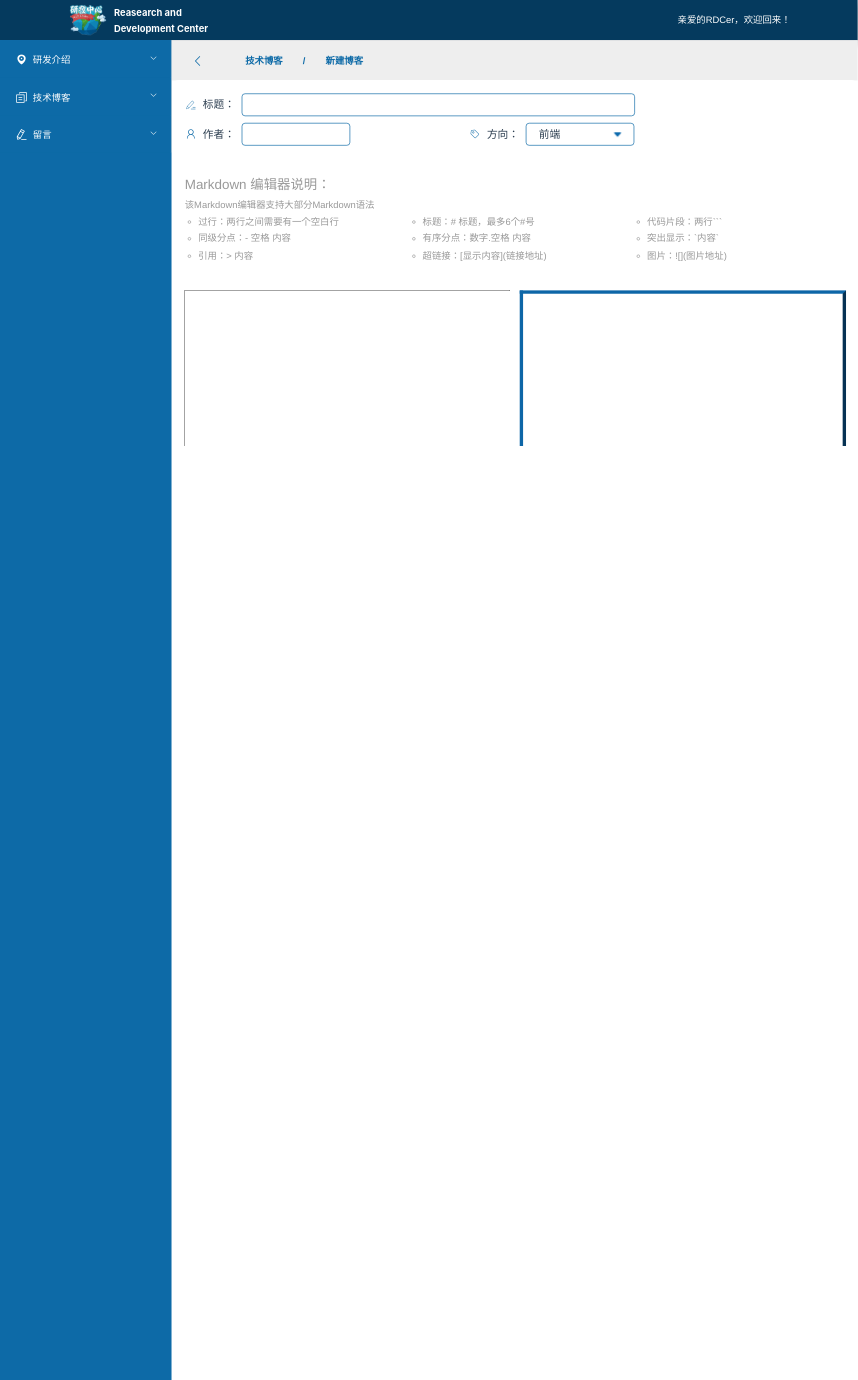
Repository: roger-hub/RDC-front-program
Page: /createblog
An editor plug-in stored every save of this project. The page is shown before and after the next save, followed by the edit.
The browser window is 1280 px wide. The pictures show the whole page, at 67% of full size.
An inner scrolling area shows only its first screen. The project was rebuilt for these pictures with package versions that can differ from the ones it lists, and the page was loaded fresh each time. Also part of the build but not shown: vue.config.js, src/views/Home.vue, src/views/Login.vue, src/components/UnMessage.vue, src/views/CheckMessage.vue, src/components/PushComment.vue, src/components/ReplyArea.vue, src/components/EachMessage.vue and 1 more.

Above is the page before, as saved 2020-08-21 20:47:34.

After the next save:
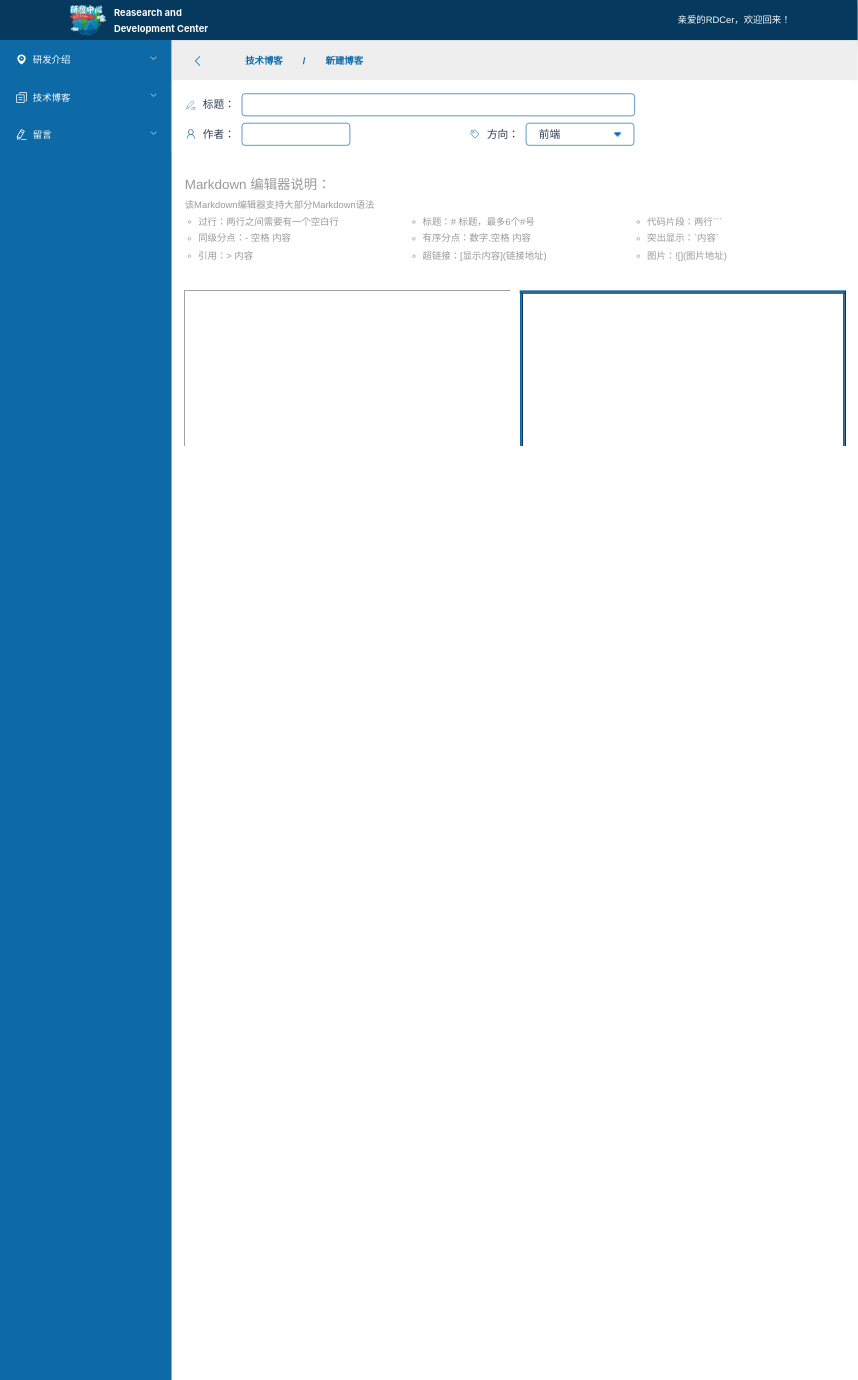
Saved 9 s later.
--- a/src/components/blogWrite/md.vue
+++ b/src/components/blogWrite/md.vue
@@ -159,7 +159,7 @@
         overflow-y: auto;
         padding: 0 10px;
         /* color: #eee; */
-        border: 5px outset  #0d66a7;
+        border: 5px ridge   #0d66a7;
     }
 
 
